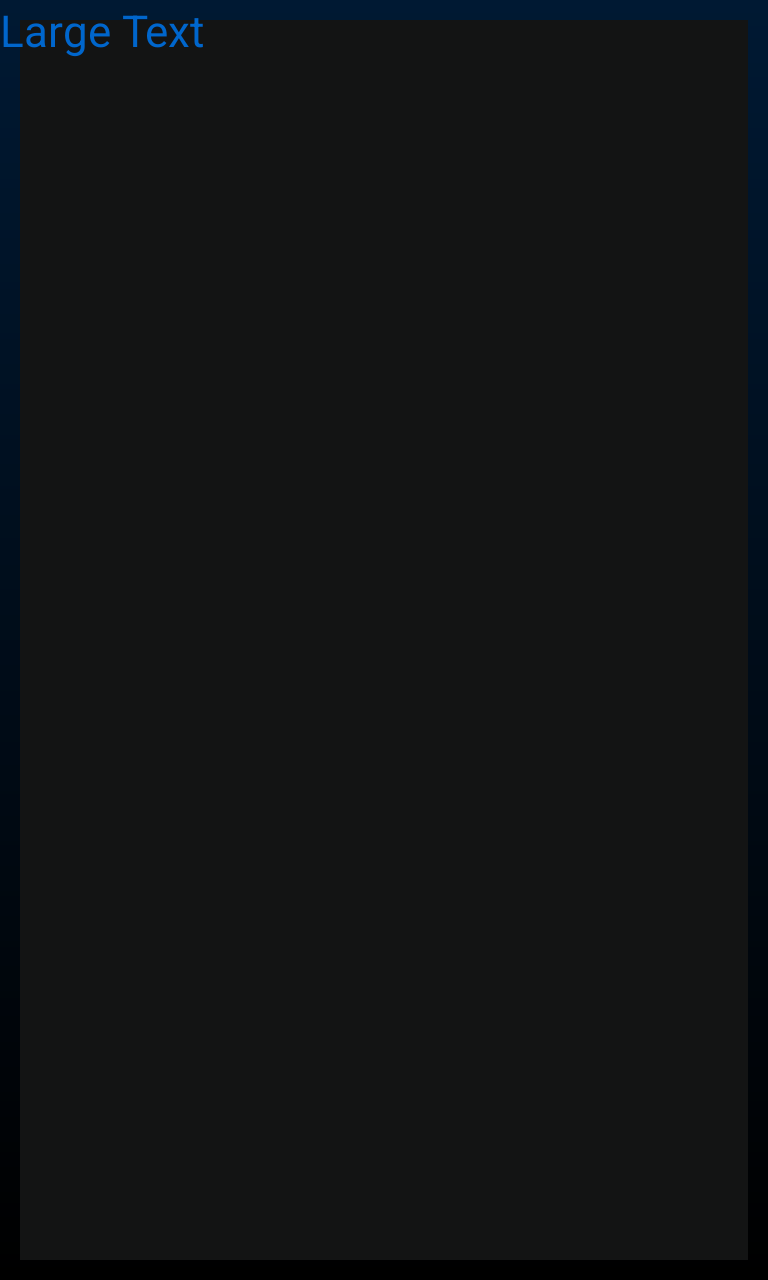
Repository: jasleen1291/B2BMobileApplication
Layout: Mobile E Commerce/B2B/res/layout/advertisement.xml
These files come from the project's save history. The layout is drawn as it stood at one moment and after the next save; the edit follows.
It is drawn on a 768 x 1280 px phone screen (xhdpi) without system bars, with theme mycustomtheme; the app's code is not run.

Above is the layout before, as saved 2013-05-26 15:08:37.

### Mobile E Commerce/B2B/res/layout/advertisement.xml
<?xml version="1.0" encoding="utf-8"?>
<LinearLayout xmlns:android="http://schemas.android.com/apk/res/android"
    android:layout_width="match_parent"
    android:layout_height="match_parent"
    android:orientation="vertical" >

    <TextView
        android:id="@+id/textView1"
        android:layout_width="match_parent"
        android:layout_height="wrap_content"
        android:text="Large Text"
        android:textAppearance="?android:attr/textAppearanceLarge" />

    <TextView
        android:id="@+id/textView2"
        android:layout_width="match_parent"
        android:layout_height="match_parent"
       android:textSize="30sp"
        android:textAppearance="?android:attr/textAppearanceLarge" />

</LinearLayout>

### Mobile E Commerce/B2B/res/values/mycustomtheme.xml
<?xml version="1.0" encoding="utf-8"?>
<resources xmlns:android="http://schemas.android.com/apk/res/android">
    <style name="mycustomtheme" parent="@android:style/Theme.NoTitleBar.Fullscreen">
        <item name="android:windowBackground">@drawable/mybg</item>
       	<item name="android:textColor">#0066cc</item>
       	<item name="android:textColorHint">#51BFE2</item>
    </style>

</resources>

### Mobile E Commerce/B2B/res/drawable/mybg.xml
<?xml version="1.0" encoding="utf-8"?>
<layer-list  xmlns:android="http://schemas.android.com/apk/res/android">
    <item>
<shape android:shape="rectangle">



        <gradient android:startColor="#001933"  android:endColor="#000" android:angle="270"/>


</shape>
</item>
<item android:left="10dp" android:top="10dp" android:right="10dp" android:bottom="10dp">

<shape android:shape="rectangle">



        <solid android:color="#131414"></solid>


</shape>
</item>
</layer-list>

### Mobile E Commerce/B2B/res/values/strings.xml
<?xml version="1.0" encoding="utf-8"?>
<resources>

    <string name="app_name">B2B</string>
    <string name="action_settings">Settings</string>
    <string name="hello_world">Hello world!</string>
    <string name="Loading">Loading&#8230;&#8230;&#8230;</string>
    <string name="title_activity_sign_up">Sign Up</string>

    <string-array name="signUpAsArray">
        <item>Customer</item>
        <item>Retailer</item>
        <item>Supplier</item>
    </string-array>

    <string name="title_activity_registeration">RegisterationActivity</string>
    <string name="title_activity_customer_area">CustomerArea</string>
    <string name="welcome">Welcome</string>
    <string name="title_activity_admin_area">Admin_area</string>
    <string name="general_complaint_fragment">General Complaint</string>
    <string name="hello_blank_fragment">Hello blank fragment</string>
    <string name="general_complaint">General Complaint</string>
    <string name="respond">Respond</string>
    <string name="submit">Submit</string>
    <string name="addcategory">Parent Category</string>
    <string name="categoryhint">Category</string>
    <string name="AddParentCategory">Add super category</string>
    <string name="complaintAbout">Complaint About</string>
    <string name="complainFrom">Complaint From</string>
    <string name="itemComplaint">Complaints about Items</string>
    <string name="shopComplaint">Complaint about shop</string>
    <string name="generalNotification">General Notification</string>
    <string name="urgentNotification">Urgent Notification</string>
    <string name="title">Title</string>
    <string name="message">Message</string>
    <string name="markAll">Mark all</string>
    <string name="advertisementPricing">Advertisement Pricing</string>
    <string name="desc">Description</string>
    <string name="days">No of days</string>
    <string name="cost">Cost</string>
    <string name="size">Size of advertisement</string>
    <string name="type">Type</string>
    <string name="fine">Fine</string>
    <string name="pickCategory">Pick a Category</string>

    <string-array name="typeArray">
        <item>Retailer</item>
        <item>Supplier</item>
    </string-array>

    <string name="update">Update</string>
    <string name="delete">Delete</string>
    <string name="view_advertisement">View Advertisements</string>
    <string name="noofcategories">No of Categories</string>
    <string name="shoppricing">Shop Pricing</string>
    <string name="view_fine_pricing">View Fine Pricing</string>
    <string name="shop_pricing">Shop Pricing</string>
    <string name="subCategory">Add Sub Category</string>
    <string name="addshop">Add Shop</string>
    <string name="title_activity_pay_fine">Pay Fine</string>
    <string name="finetitle">Your account has been suspended by the admin. Pay fine to continue using this applciation.</string>
    <string name="fineabc">Your payment has been received. Your account will now be restored. Please wait few minutes</string>
    <string name="title_activity_retailer_area">Retailer_area</string>
    <string name="title_activity_first_time_login">FirstTimeLogin</string>
    <string name="EditMyCategories">Edit My Categories</string>
    <string name="addnewitem">Add New Item</string>
    <string name="itemname">Item Name</string>
    <string name="longdescription">Long Description</string>
    <string name="qtyperunit">Qty Per unit</string>
    <string name="unit_of_measurement">Unit of Measurement</string>
    <string name="shopName">Shop Name</string>
    <string name="description">Description</string>
    <string name="categoriesAllowed">No of categories allowed</string>
    <string name="itemsSelling">No of Items Selling</string>
    <string name="itemsAvailable">No of Items not Selling</string>
    <string name="expirydate">Expiry Date</string>
    <string name="paymentEmail">Payment Email</string>
    <string name="selectcategory">Select a Category</string>
    <string name="clicktochange">Click On Image To Change It</string>
    <string name="cp">C.P.</string>
    <string name="sp">S.P.</string>
    <string name="minorder">Min order</string>
    <string name="discount">Discount</string>
    <string name="qtyonorder">Qty. On Order</string>
    <string name="qtyonhand">Qty. On Hand</string>
    <string name="qty">Qty.</string>
    <string name="viewdetails">View Details</string>
    <string name="note">Long Click on Image to view expanded image</string>
    <string name="chngImg">Change Image</string>
    <string name="addWarehouse">Add Warehouse</string>
    <string name="name">Name</string>
    <string name="cancel">Cancel</string>
    <string name="itemavailabilty">Item Availabilty</string>
    <string name="batchDiscounts">Batch Discounts</string>
    <string name="clicktoupdate">Click to Update</string>
    <string name="add">Add</string>
    <string name="place_order">Place Order</string>
    <string name="Method">Method</string>
    <string name="warehouse">Warehouse</string>
    <string-array name="ordervia">
        <item >Email</item>
        <item >Phone</item>
    </string-array>
        <string name="total">Total</string>
        <string name="zero">0</string>
        <string name="totalitems">Total No of Items</string>
        <string name="date">Date</string>
        <string name="placed_by">Placed To</string>
        <string name="placed_to">Placed To</string>
        <string name="shipment_address">Shipment Address</string>
        <string name="vieworderlist">View Orders List</string>
        <string name="order_details">Order Details</string>
        <string name="update_status">Update Status</string>
        <string name="categories">Categories</string>
        <string name="plan_details">Plan Details</string>
        <string name="choose_background">Choose background</string>
        <string name="buy_advertisement">Buy Advertisement</string>
        <string name="choose_text_color">Choose text Color</string>

</resources>

After the next save:
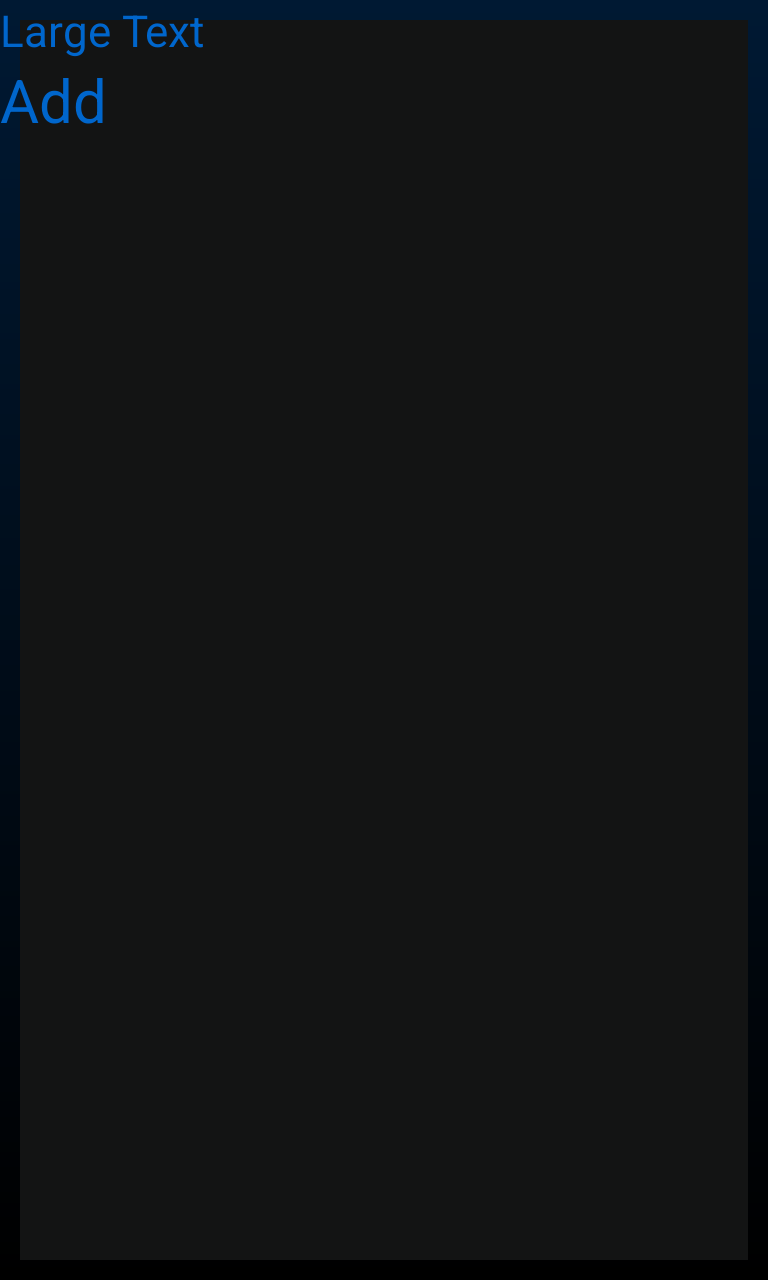
Saved 22 s later.
--- a/Mobile E Commerce/B2B/res/layout/advertisement.xml
+++ b/Mobile E Commerce/B2B/res/layout/advertisement.xml
@@ -16,6 +16,7 @@
         android:layout_width="match_parent"
         android:layout_height="match_parent"
        android:textSize="30sp"
+       android:text="@string/add"
         android:textAppearance="?android:attr/textAppearanceLarge" />
 
 </LinearLayout>
